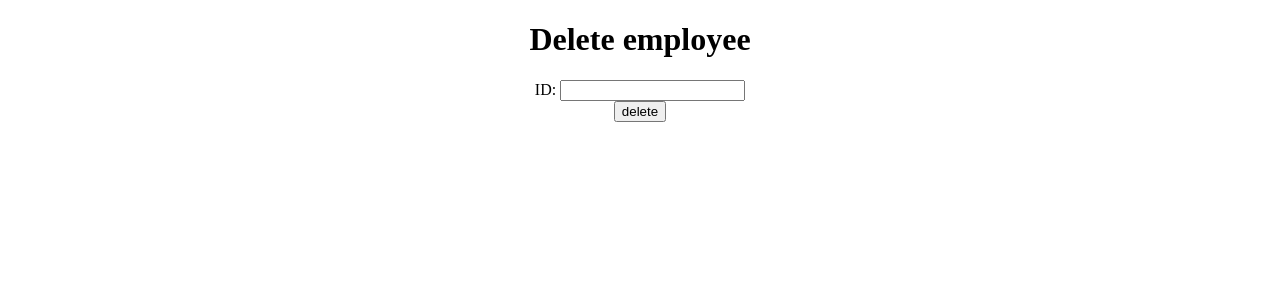
Repository: poobalan5397/corejava
Page: firstWebsite/src/main/webapp/Deleteemployee.html
These files come from the project's save history. The page is drawn as it stood at one moment and after the next save; the edit follows.
The browser window is 1280 px wide. The pictures show the whole page.

Above is the page before, as saved 2022-05-24 16:56:11.

After the next save:
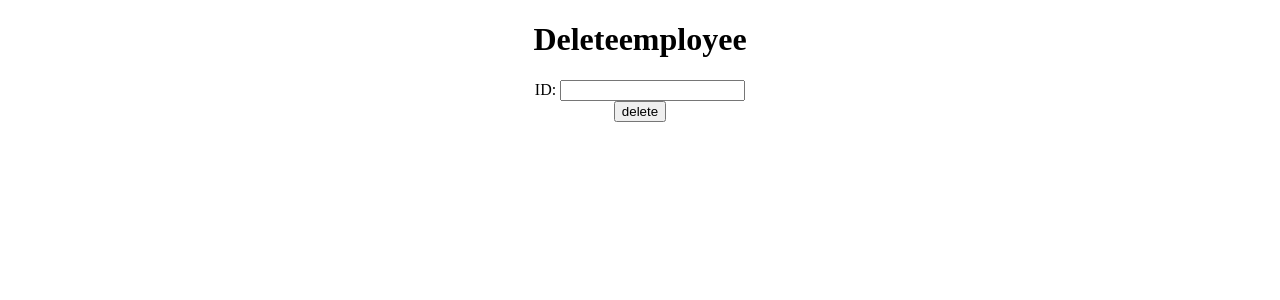
Saved 16 min 12 s later.
--- a/firstWebsite/src/main/webapp/Deleteemployee.html
+++ b/firstWebsite/src/main/webapp/Deleteemployee.html
@@ -7,7 +7,7 @@
 <body>
 <form action="Employees" method="Delete">
 <center>
-<h1>Delete employee</h1>
+<h1>Deleteemployee</h1>
 <div></div>
 ID: <input type='text' name='id'>
 <div></div>
